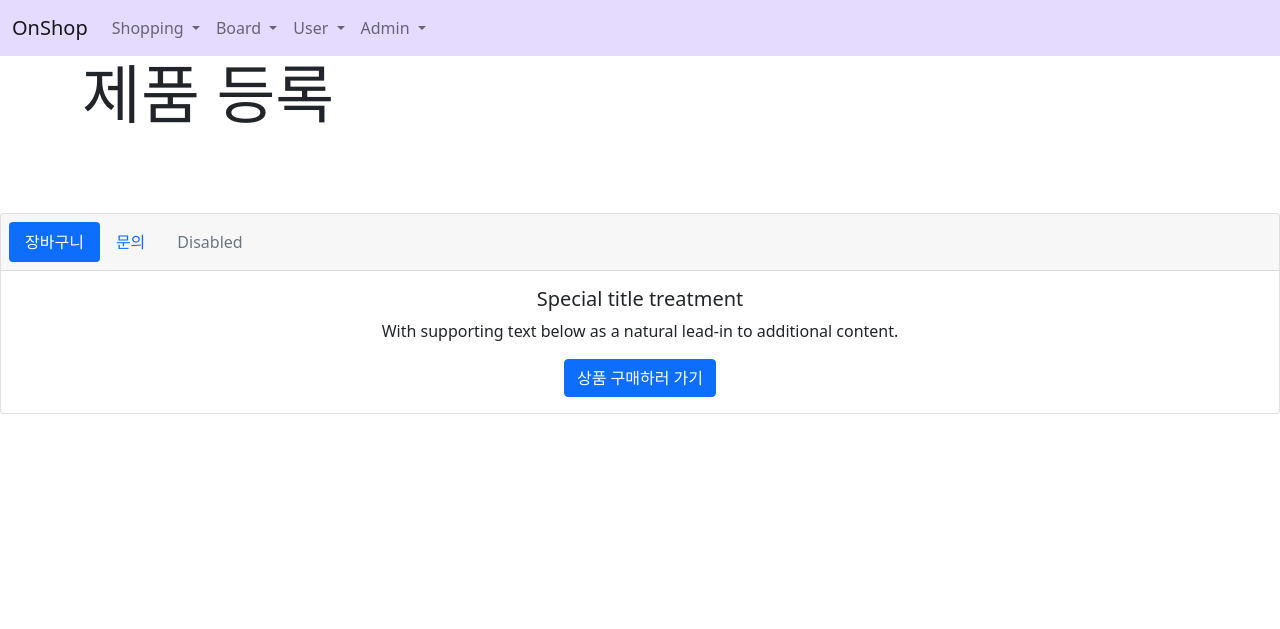
Repository: HimNahyeon/devClassBackup
Page: http://localhost/WebShop2/product/addProduct.jsp
The author's editor kept a copy of each file at every save. The page is drawn from the files as they stood at one save, then again after the next save.
The browser window is 1280 px wide. The pictures show the whole page.
The page is served by Tomcat 9.

Above is the page before, as saved 2021-11-04 06:03:00.

After the next save:
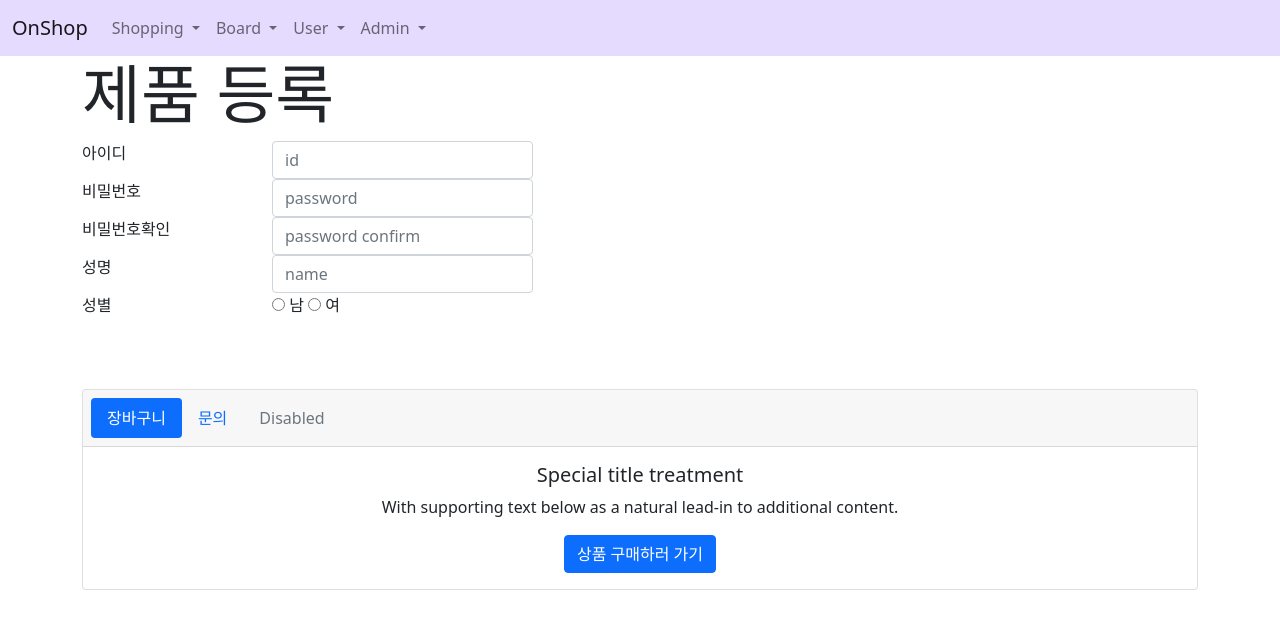
Saved 119 s later.
--- a/jsp/WebShop2/WebContent/product/addProduct.jsp
+++ b/jsp/WebShop2/WebContent/product/addProduct.jsp
@@ -15,6 +15,42 @@
    </div>
 
 
+   <div class="container">
+      <form name="newMember" class="form-horizontal"  action="joinCheck.jsp" method="post" onsubmit="return checkForm()">
+         <div class="form-group  row">
+            <label class="col-sm-2 ">아이디</label>
+            <div class="col-sm-3">
+               <input name="id" type="text" class="form-control" placeholder="id" >
+            </div>
+         </div>
+         <div class="form-group  row">
+            <label class="col-sm-2">비밀번호</label>
+            <div class="col-sm-3">
+               <input name="password" type="password" class="form-control" placeholder="password" >
+            </div>
+         </div>
+         <div class="form-group  row">
+            <label class="col-sm-2">비밀번호확인</label>
+            <div class="col-sm-3">
+               <input name="password_confirm" type="password" class="form-control" placeholder="password confirm" >
+            </div>
+         </div>
+         <div class="form-group  row">
+            <label class="col-sm-2">성명</label>
+            <div class="col-sm-3">
+               <input name="name" type="text" class="form-control" placeholder="name" >
+            </div>
+         </div>
+         <div class="form-group  row">
+            <label class="col-sm-2">성별</label>
+            <div class="col-sm-10">
+               <input name="gender" type="radio" value="남" /> 남
+               <input name="gender" type="radio" value="여" /> 여
+            </div>
+         </div>
+
+
+
 <%@ include file = "../footer.jsp" %>
 </body>
 </html>
